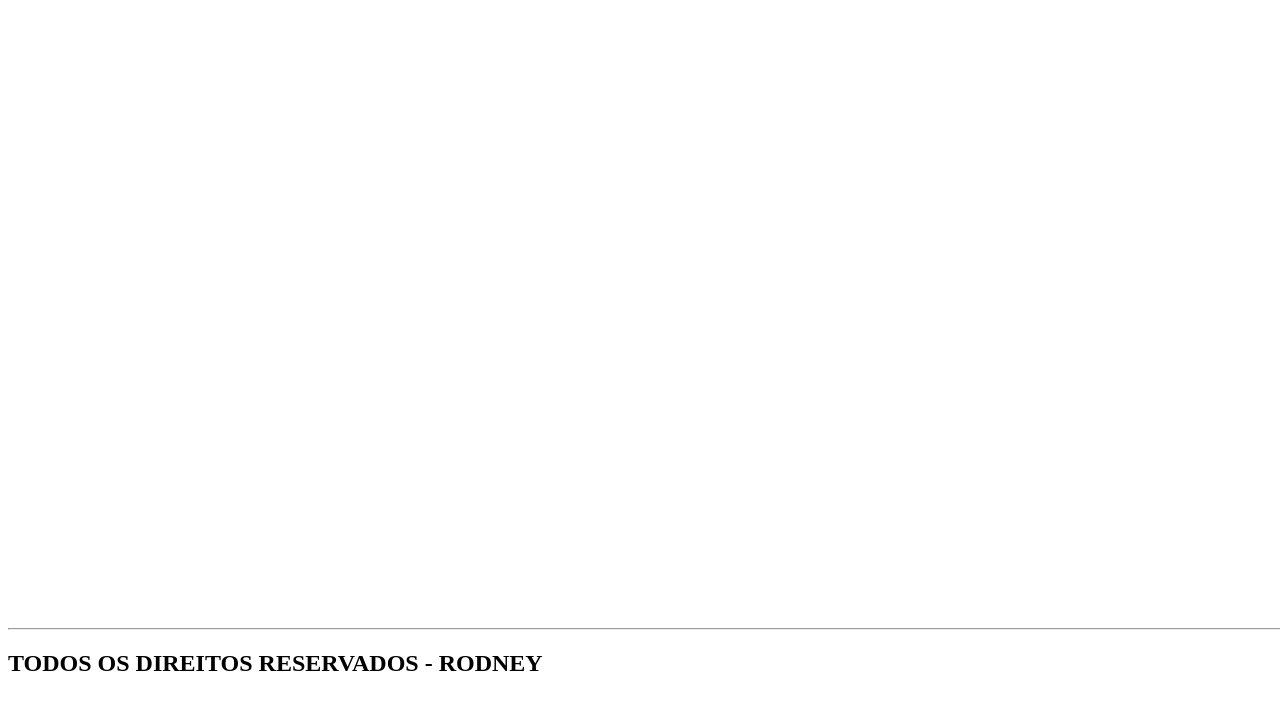
Repository: rodneyems/java-web-fj21
Page: http://localhost/fj21-agenda/rodape.jsp
These files come from the project's save history. The page is drawn as it stood at one moment and after the next save; the edit follows.
The browser window is 1280 px wide. The pictures show the whole page.
The page is served by Tomcat 9. Other server files are loaded and not shown.

Above is the page before, as saved 2021-07-02 00:55:24.

### fj21-agenda/WebContent/rodape.jsp
<%@ page language="java" contentType="text/html; charset=ISO-8859-1"
    pageEncoding="ISO-8859-1"%>
<!DOCTYPE html>
<html>
<head>
<meta charset="UTF-8">
<title>Insert title here</title>
</head>
<body>
	<div style="position: fixed; bottom: 0px; height: 100px; width: 100%" >
		<hr>
		<h2>TODOS OS DIREITOS RESERVADOS - RODNEY</h2>
	</div>

</body>

After the next save:
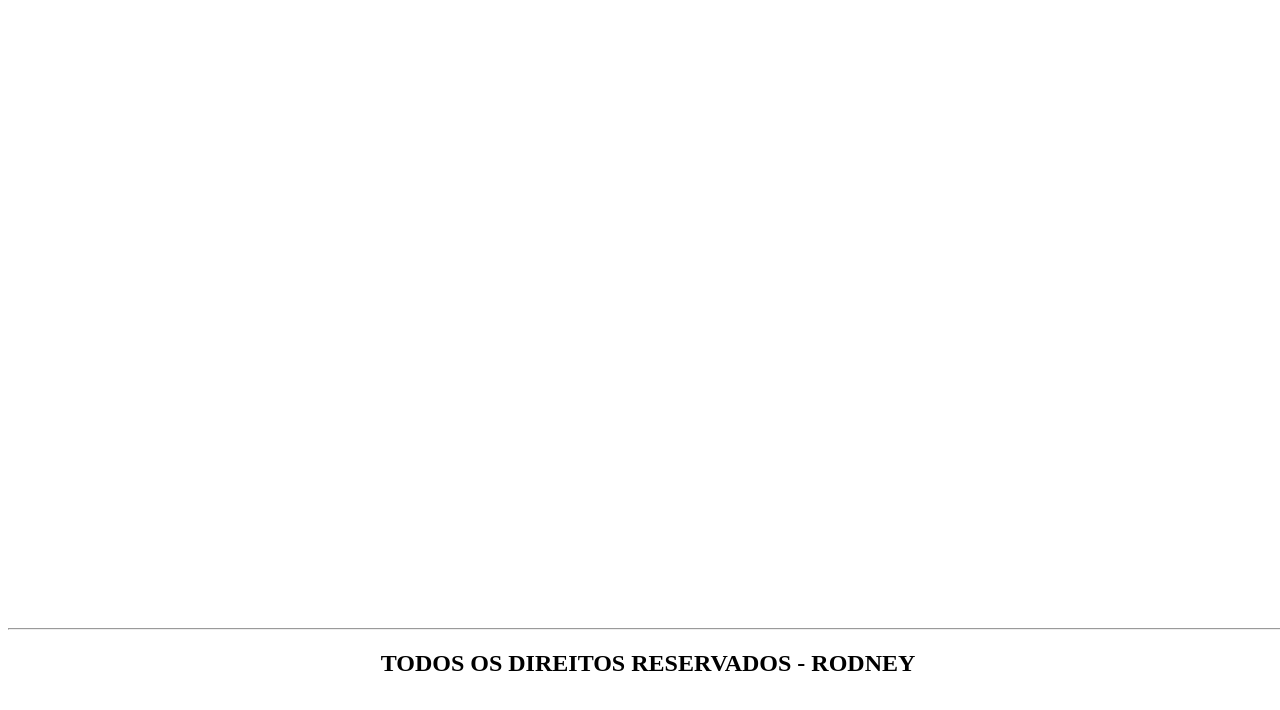
Saved 23 s later.
--- a/fj21-agenda/WebContent/rodape.jsp
+++ b/fj21-agenda/WebContent/rodape.jsp
@@ -7,7 +7,7 @@
 <title>Insert title here</title>
 </head>
 <body>
-	<div style="position: fixed; bottom: 0px; height: 100px; width: 100%" >
+	<div style="position: fixed; bottom: 0px; height: 100px; width: 100%; text-align: center" >
 		<hr>
 		<h2>TODOS OS DIREITOS RESERVADOS - RODNEY</h2>
 	</div>
